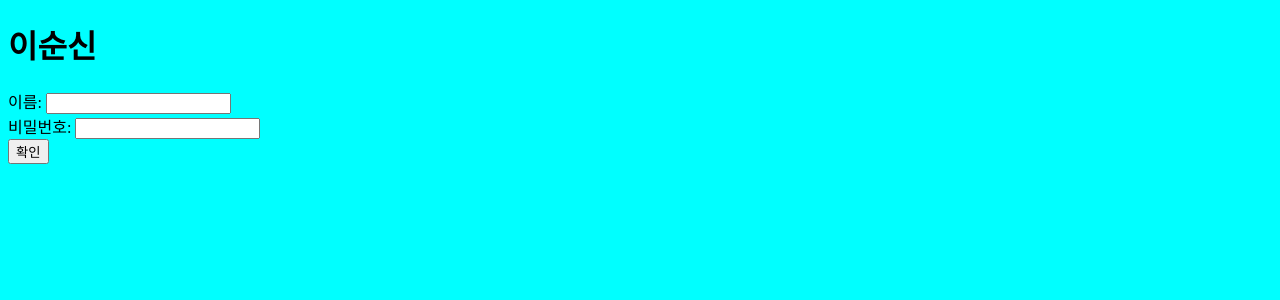
Repository: htsgts/JavaFramework
Page: workspace/Chapter01/src/main/resources/static/first.html
The author's editor kept a copy of each file at every save. The page is drawn from the files as they stood at one save, then again after the next save.
The browser window is 1280 px wide. The pictures show the whole page.

Above is the page before, as saved 2024-03-04 05:36:37.

After the next save:
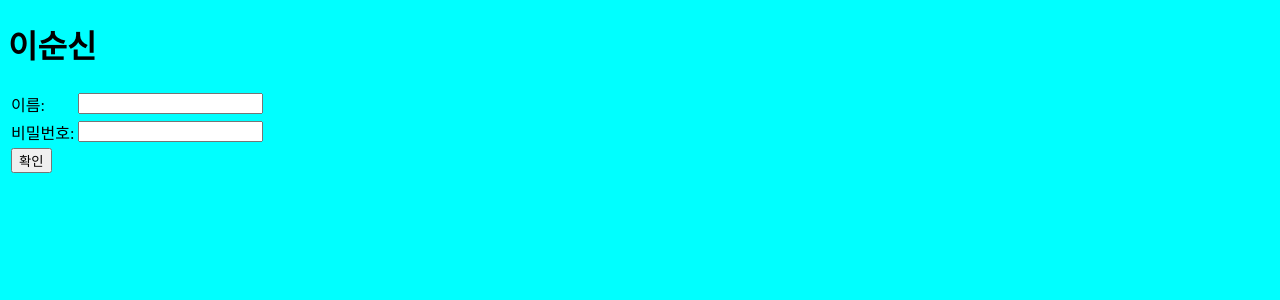
Saved 2 min 9 s later.
--- a/workspace/Chapter01/src/main/resources/static/first.html
+++ b/workspace/Chapter01/src/main/resources/static/first.html
@@ -9,9 +9,12 @@
 	<body>
 		<h1>이순신</h1>
 		<form action="response.html" method="post">
-			이름: <input type="text" name="name"/><br>
-			비밀번호: <input type="password" name="password" /><br>
-			<input type="submit" value="확인"/>
+			<table>
+				<tr><td>이름: </td><td><input type="text" name="name"/></td></tr>
+				<tr><td>비밀번호: </td><td><input type="password" name="password" /></td></tr>
+				<tr><td colspan="2"><input type="submit" value="확인"/></td>
+				</tr>
+			</table>
 		</form>
 	</body>
 </html>
